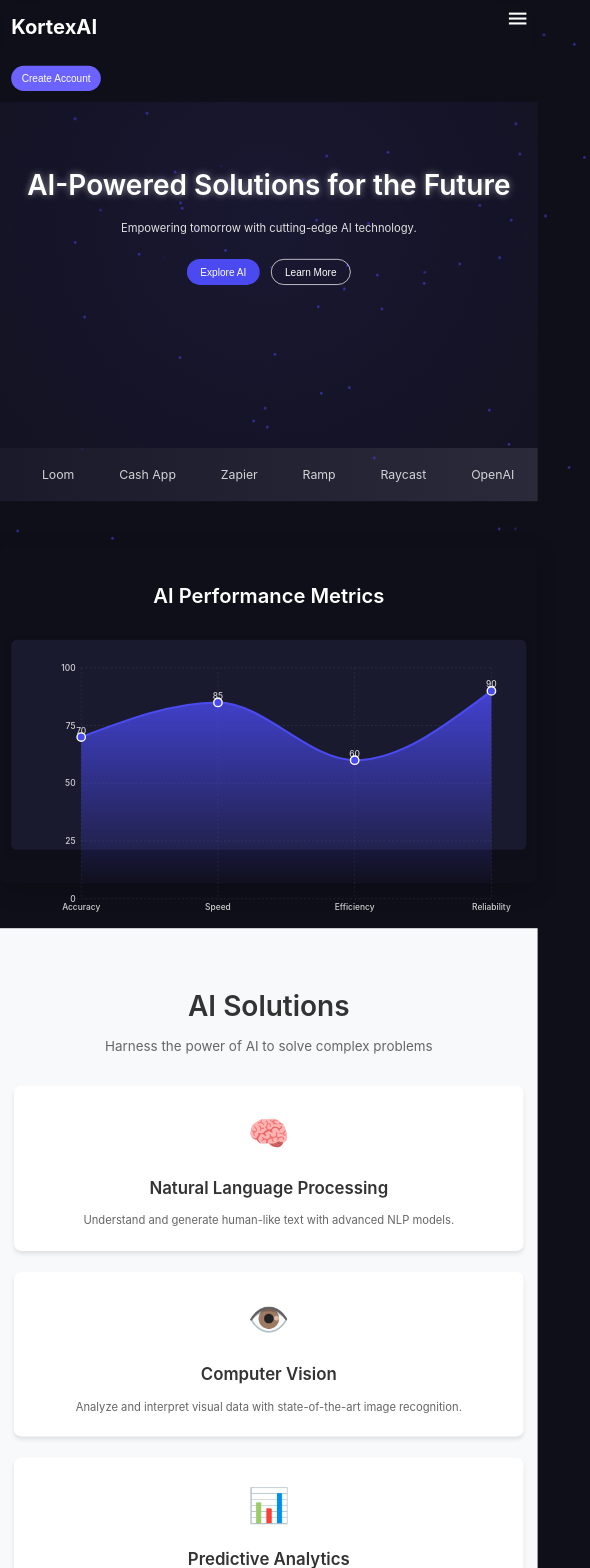
Repository: Rayyy-dev/Kortex-AI
Page: /
The author's editor kept a copy of each file at every save. The page is drawn from the files as they stood at one save, then again after the next save.
The browser window is 768 px wide. The page is 837 px wide, then 843 px, so the pictures cover 843 px, including what lies to the right of the window. The pictures show the part of the page from y = 0 to 2240 px (the page is 7107 px tall before and 5201 px after), at 70% of full size.
The project was rebuilt for these pictures with package versions that can differ from the ones it lists, and the page was loaded fresh each time.

Above is the page before, as saved 2024-10-15 21:12:59.

After the next save:
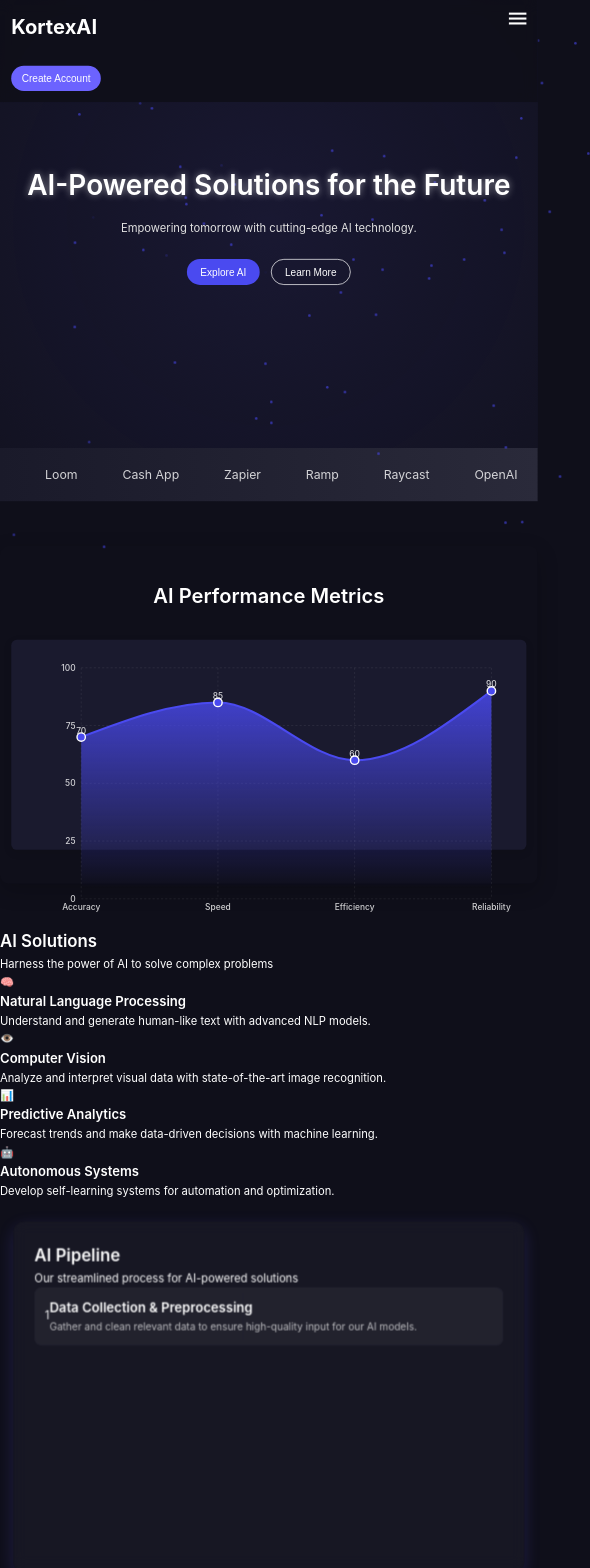
Saved 27 s later.
--- a/src/App.css
+++ b/src/App.css
@@ -1414,136 +1414,3 @@
   transform: translateY(0);
   opacity: 1;
 }
-
-/* AI Solutions Section */
-.ai-solutions-section,
-.ai-pipeline-section {
-  padding: 80px 0;
-  background-color: #f8f9fa;
-}
-
-.container {
-  max-width: 1200px;
-  margin: 0 auto;
-  padding: 0 20px;
-}
-
-.section-title {
-  font-size: 2.5rem;
-  text-align: center;
-  margin-bottom: 10px;
-  color: #333;
-}
-
-.section-subtitle {
-  font-size: 1.2rem;
-  text-align: center;
-  margin-bottom: 40px;
-  color: #666;
-}
-
-.ai-solutions-grid {
-  display: grid;
-  grid-template-columns: repeat(auto-fit, minmax(250px, 1fr));
-  gap: 30px;
-}
-
-.ai-solution-card {
-  background-color: #fff;
-  border-radius: 10px;
-  padding: 30px;
-  text-align: center;
-  box-shadow: 0 4px 6px rgba(0, 0, 0, 0.1);
-  transition: transform 0.3s ease, box-shadow 0.3s ease;
-}
-
-.ai-solution-card:hover {
-  transform: translateY(-5px);
-  box-shadow: 0 6px 12px rgba(0, 0, 0, 0.15);
-}
-
-.ai-solution-icon {
-  font-size: 3rem;
-  margin-bottom: 20px;
-}
-
-.ai-solution-card h3 {
-  font-size: 1.5rem;
-  margin-bottom: 15px;
-  color: #333;
-}
-
-.ai-solution-card p {
-  font-size: 1rem;
-  color: #666;
-}
-
-/* AI Pipeline Section */
-.ai-pipeline-steps {
-  display: flex;
-  flex-direction: column;
-  gap: 30px;
-  max-width: 800px;
-  margin: 0 auto;
-}
-
-.ai-pipeline-step {
-  display: flex;
-  align-items: flex-start;
-  background-color: #fff;
-  border-radius: 10px;
-  padding: 30px;
-  box-shadow: 0 4px 6px rgba(0, 0, 0, 0.1);
-  transition: transform 0.3s ease, box-shadow 0.3s ease;
-}
-
-.ai-pipeline-step:hover {
-  transform: translateX(5px);
-  box-shadow: 0 6px 12px rgba(0, 0, 0, 0.15);
-}
-
-.ai-pipeline-step.active {
-  border-left: 5px solid #4a4af0;
-}
-
-.step-number {
-  font-size: 1.5rem;
-  font-weight: bold;
-  color: #4a4af0;
-  background-color: rgba(74, 74, 240, 0.1);
-  width: 40px;
-  height: 40px;
-  border-radius: 50%;
-  display: flex;
-  justify-content: center;
-  align-items: center;
-  margin-right: 20px;
-}
-
-.step-content h3 {
-  font-size: 1.3rem;
-  margin-bottom: 10px;
-  color: #333;
-}
-
-.step-content p {
-  font-size: 1rem;
-  color: #666;
-}
-
-@media (max-width: 768px) {
-  .ai-solutions-grid {
-    grid-template-columns: 1fr;
-  }
-
-  .ai-pipeline-step {
-    flex-direction: column;
-    align-items: center;
-    text-align: center;
-  }
-
-  .step-number {
-    margin-right: 0;
-    margin-bottom: 15px;
-  }
-}
